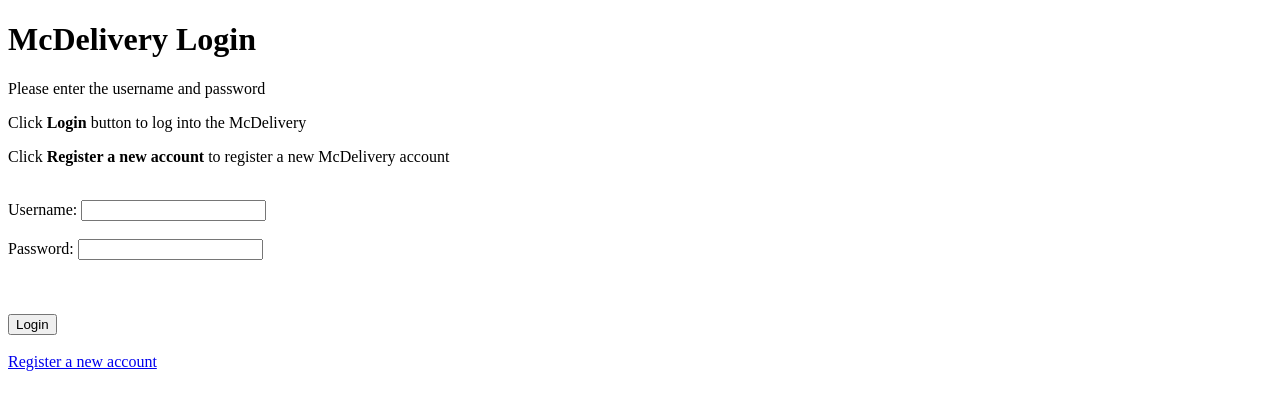
Repository: Jeck97/Mcdonald-Delivery-System
Page: http://localhost/McDelivery/login/loginForm.jsp
These files come from the project's save history. The page is drawn as it stood at one moment and after the next save; the edit follows.
The browser window is 1280 px wide. The pictures show the whole page.
The page is served by Tomcat 9. Other server files are loaded and not shown.

Above is the page before, as saved 2020-07-10 07:34:53.

### McDelivery/WebContent/login/loginForm.jsp
<%@ page language="java" contentType="text/html; charset=ISO-8859-1"
    pageEncoding="ISO-8859-1"%>
<!DOCTYPE html>
<html>
<head>
<meta charset="ISO-8859-1">
<title>Login Page</title>
</head>
<body>

	<h1>McDelivery Login</h1>

	<p>Please enter the username and password<p>
	<p>Click <b>Login</b> button to log into the McDelivery</p>
	<P>Click <b>Register a new account</b> to register a new McDelivery account</P>


	<form action="loginServlet" method="post">

		<div style="color: #FF0000;">${errorMessage}</div><br>

		<label>Username:</label>
		<input type="text" name="username" value="${username}" required><br><br>

		<label>Password:</label>
		<input type="password" name="password" required><br><br>

		<br><br>
		<input type="submit" value="Login">

	</form>

	<br><a href="../register/registerForm.jsp">Register a new account</a>

</body>
</html>

After the next save:
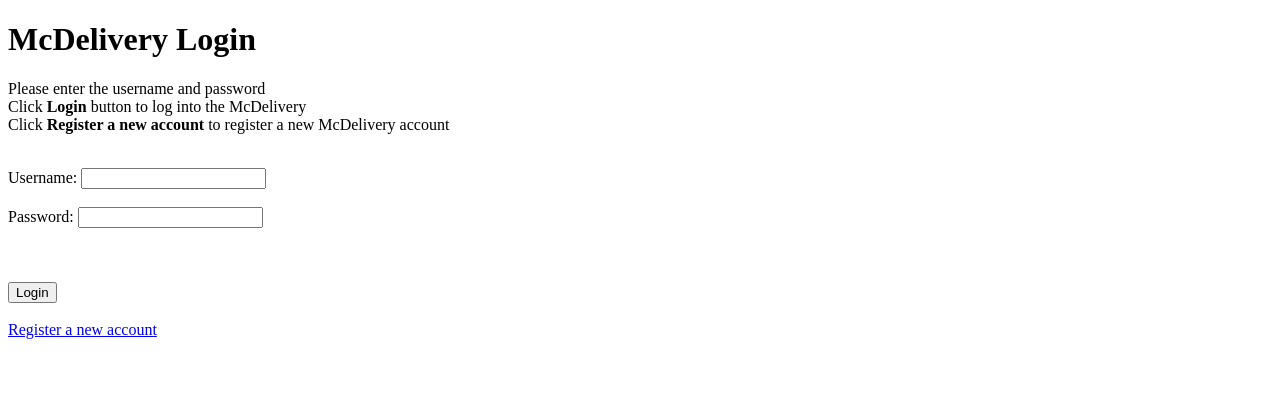
Saved 68 s later.
--- a/McDelivery/WebContent/login/loginForm.jsp
+++ b/McDelivery/WebContent/login/loginForm.jsp
@@ -10,9 +10,9 @@
 
 	<h1>McDelivery Login</h1>
 
-	<p>Please enter the username and password<p>
-	<p>Click <b>Login</b> button to log into the McDelivery</p>
-	<P>Click <b>Register a new account</b> to register a new McDelivery account</P>
+	<p>Please enter the username and password<br>
+	Click <b>Login</b> button to log into the McDelivery<br>
+	Click <b>Register a new account</b> to register a new McDelivery account</P>
 
 
 	<form action="loginServlet" method="post">
